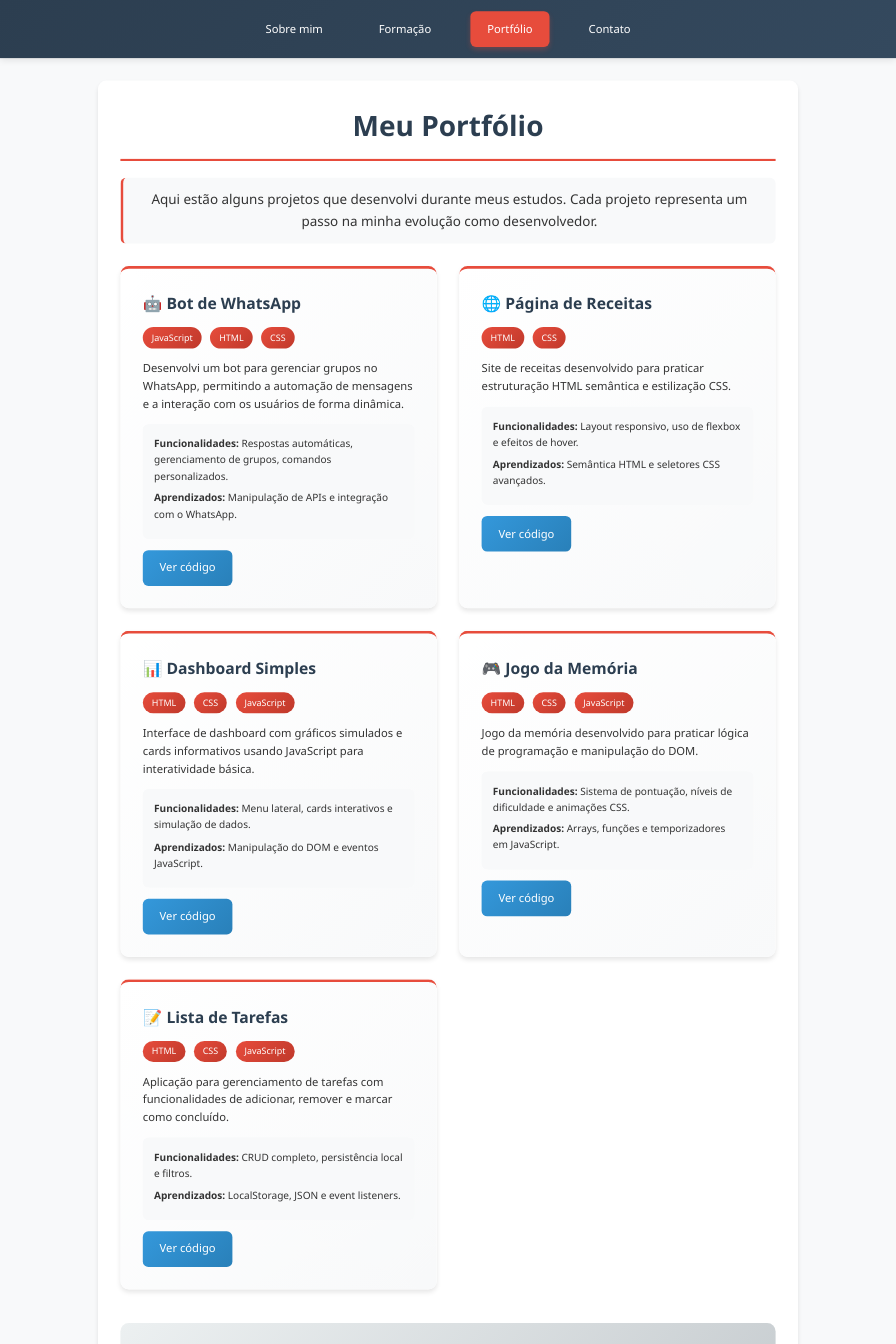
Repository: AnderHonorato/meu-portfolio
Page: portfolio.html
These files come from the project's save history. The page is drawn as it stood at one moment and after the next save; the edit follows.
The browser window is 1280 px wide. The pictures show the part of the page from y = 0 to 1920 px (the page is 2766 px tall before and 2792 px after), at 70% of full size.

Above is the page before, as saved 2025-08-26 20:24:58.

After the next save:
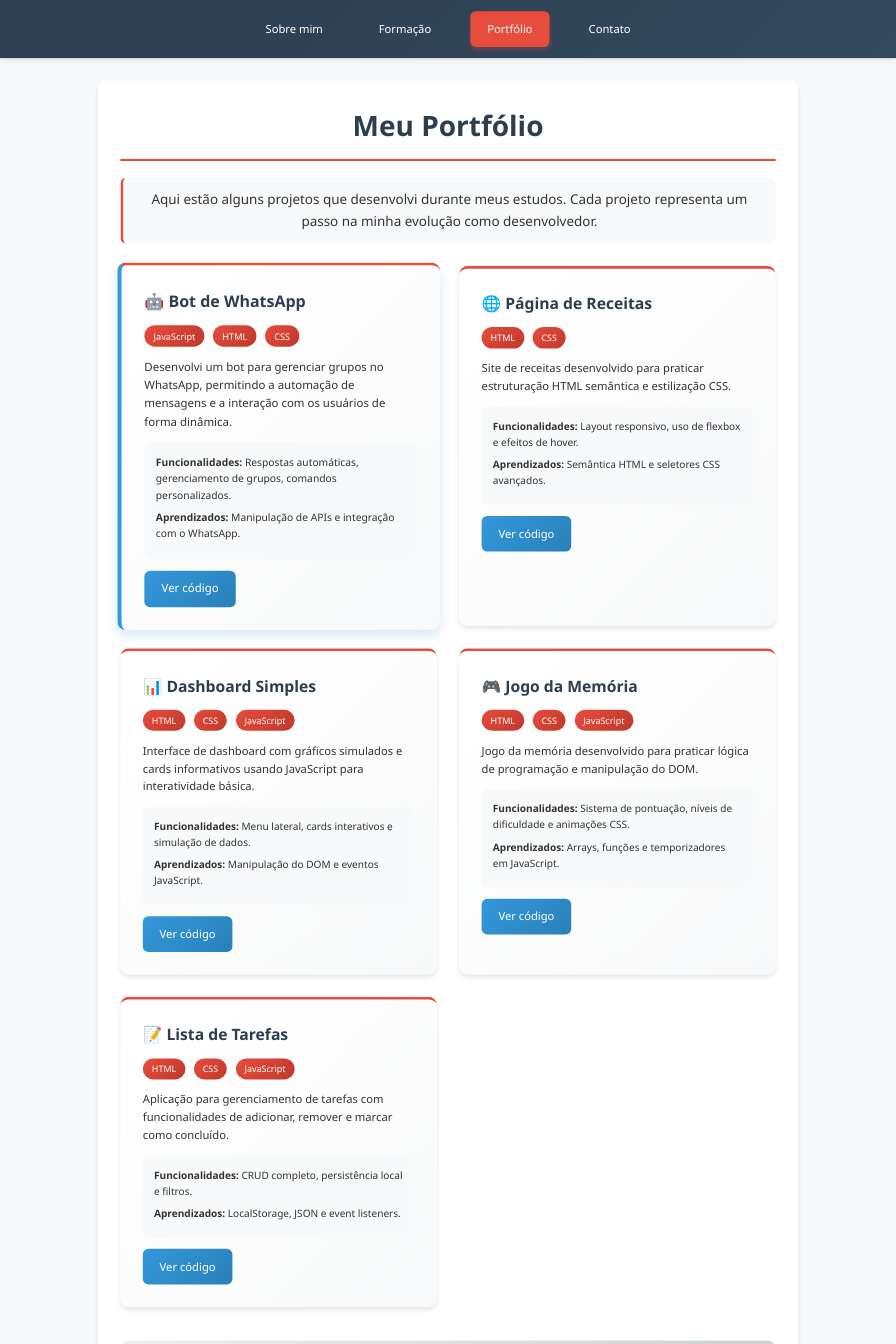
Saved 79 s later.
--- a/css/style.css
+++ b/css/style.css
@@ -687,3 +687,17 @@ body {
 html {
     scroll-behavior: smooth;
 }
+
+/* destaque portifólio */
+.projeto-item.destaque {
+    background-color: #f0f9ff; /* Fundo levemente azul para destacar */
+    border-left: 6px solid #3498db; /* Barra azul chamativa */
+    box-shadow: 0 8px 16px rgba(52, 152, 219, 0.2);
+    transform: scale(1.02); /* Pequeno destaque de tamanho */
+    transition: all 0.3s ease;
+}
+
+.projeto-item.destaque:hover {
+    transform: scale(1.04);
+    box-shadow: 0 12px 24px rgba(52, 152, 219, 0.3);
+}
